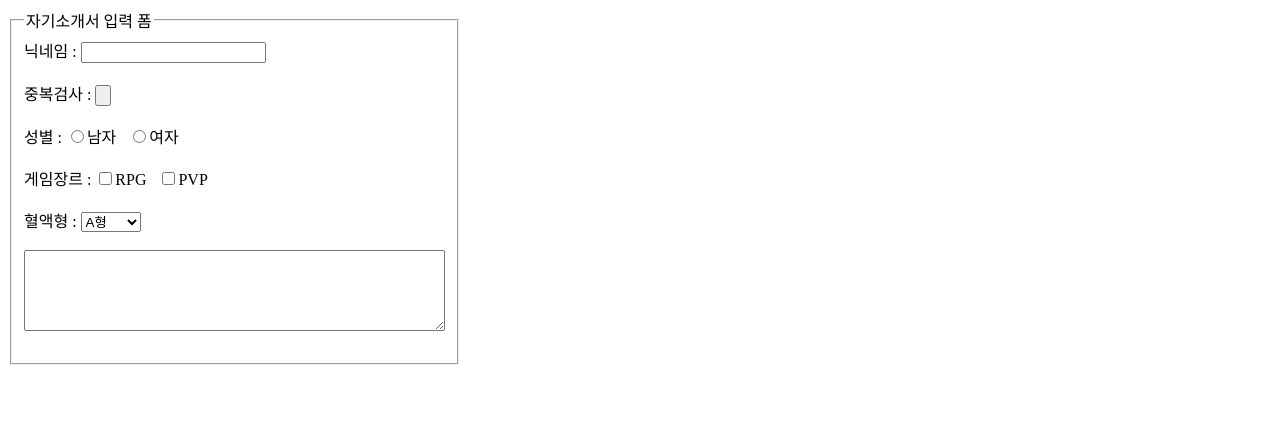
Repository: parkgyutaee/My_JAVA_Project
Page: http://localhost/JSPStudy/test04_05.jsp
These files come from the project's save history. The page is drawn as it stood at one moment and after the next save; the edit follows.
The browser window is 1280 px wide. The pictures show the whole page.
The page is served by Tomcat 10. Other server files are loaded and not shown.

Above is the page before, as saved 2025-07-10 07:36:47.

### Workspace/JSPStudy/src/main/webapp/test04_05.jsp
<%@ page language="java" contentType="text/html; charset=UTF-8"
    pageEncoding="UTF-8"%>
<!DOCTYPE html>
<html>
<head>
<meta charset="UTF-8">
<title>자기소개서 입력 폼입니다</title>
</head>
<body>
	<form action="#" method = "get">
		<fieldset style = "width:300px">
			<legend> 자기소개서 입력 폼</legend>
			닉네임 : <input type = "text"  name = "name"> <br><br>
			중복검사 : <input type = "button"  name = "check"> <br><br>
			성별 : <input type = "radio"  name = "gender">남자 &nbsp; <input type = "radio"  name = "gender">여자 &nbsp; <br><br>
			게임장르 : <input type = "checkbox"  name = "rpg">RPG &nbsp; <input type = "checkbox"  name = "PVP">PVP &nbsp; <br><br>
			혈액형 :
			<select name = "choice" style = "width:60px; height:20.5px">
				<option value = "A">A형</option>
				<option value = "B">B형</option>
			    <option value = "AB">AB형</option>
			    <option value = "O">O형</option>
			</select> <br><br>

			<textarea rows="5" cols="50">
			</textarea> <br><br>


		</fieldset>
	</form>

</body>
</html>

After the next save:
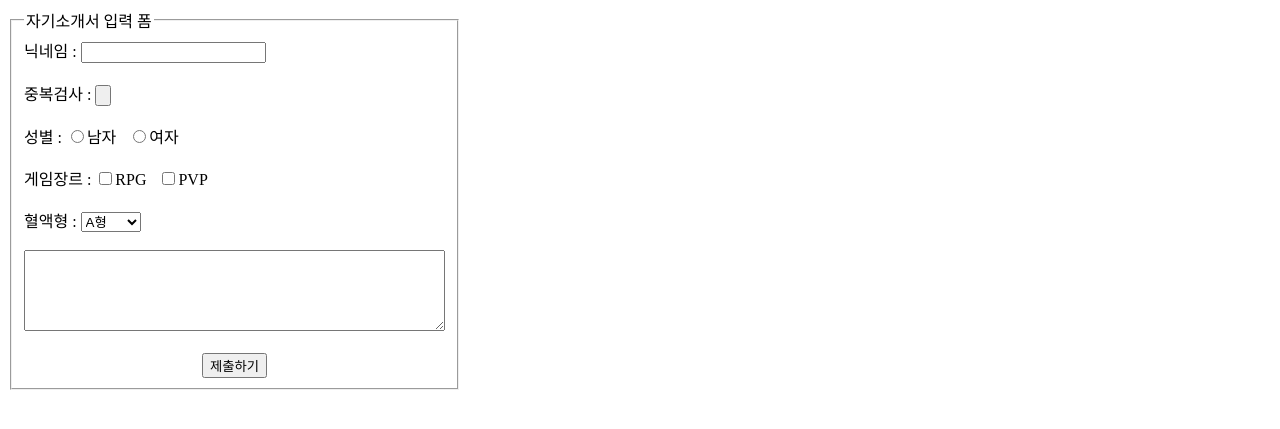
Saved 58 s later.
--- a/Workspace/JSPStudy/src/main/webapp/test04_05.jsp
+++ b/Workspace/JSPStudy/src/main/webapp/test04_05.jsp
@@ -24,7 +24,9 @@
 
 			<textarea rows="5" cols="50">
 			</textarea> <br><br>
-
+			<div align = "center">
+			<input type = "submit" value = "제출하기">
+			</div>
 
 		</fieldset>
 	</form>
